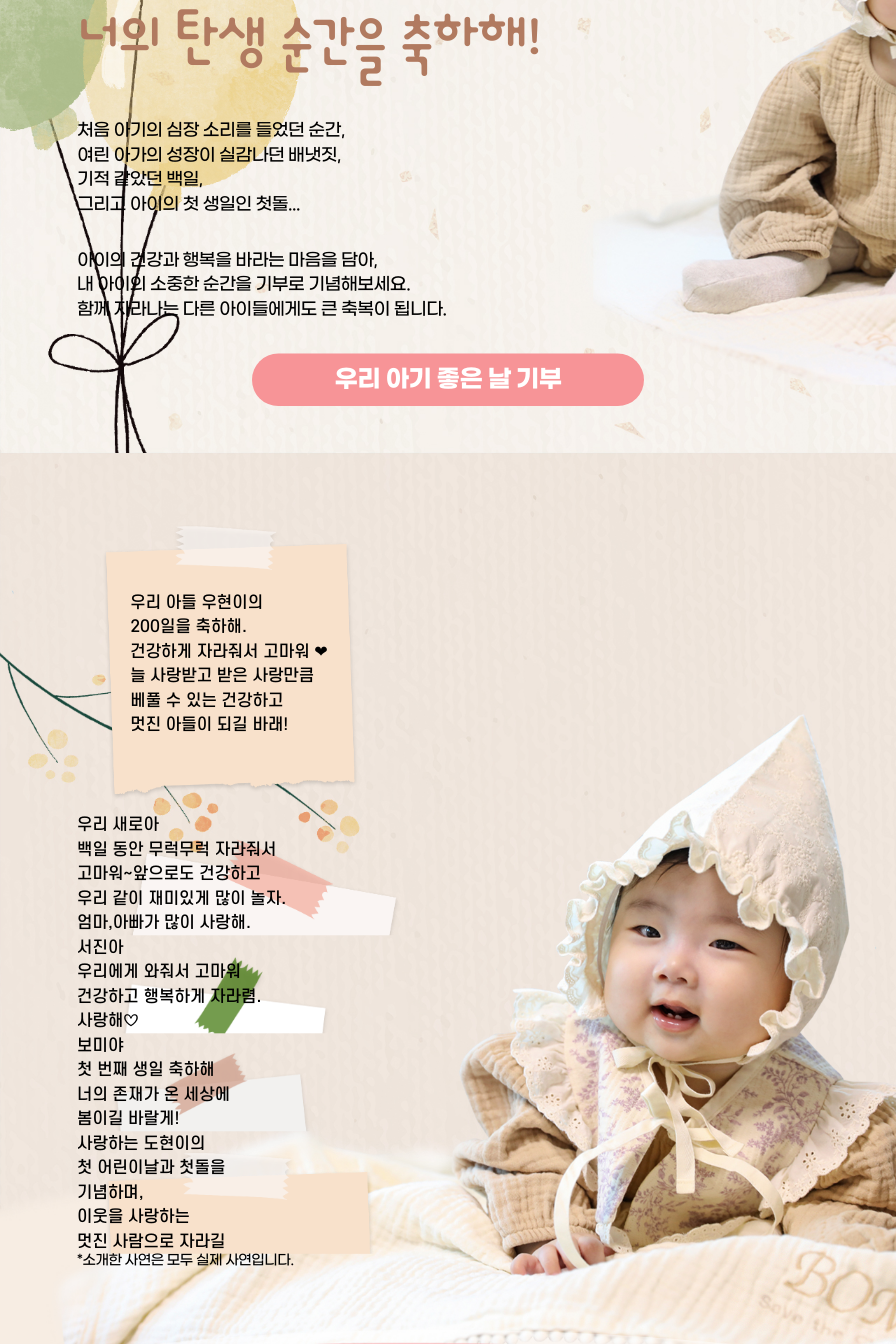
Repository: dlgywls1130/save_the_children
Page: index.html
These files come from the project's save history. The page is drawn as it stood at one moment and after the next save; the edit follows.
The browser window is 1280 px wide. The pictures show the part of the page from y = 433 to 2353 px (the page is 4840 px tall), at 70% of full size.

Above is the page before, as saved 2023-12-12 22:08:10.

After the next save:
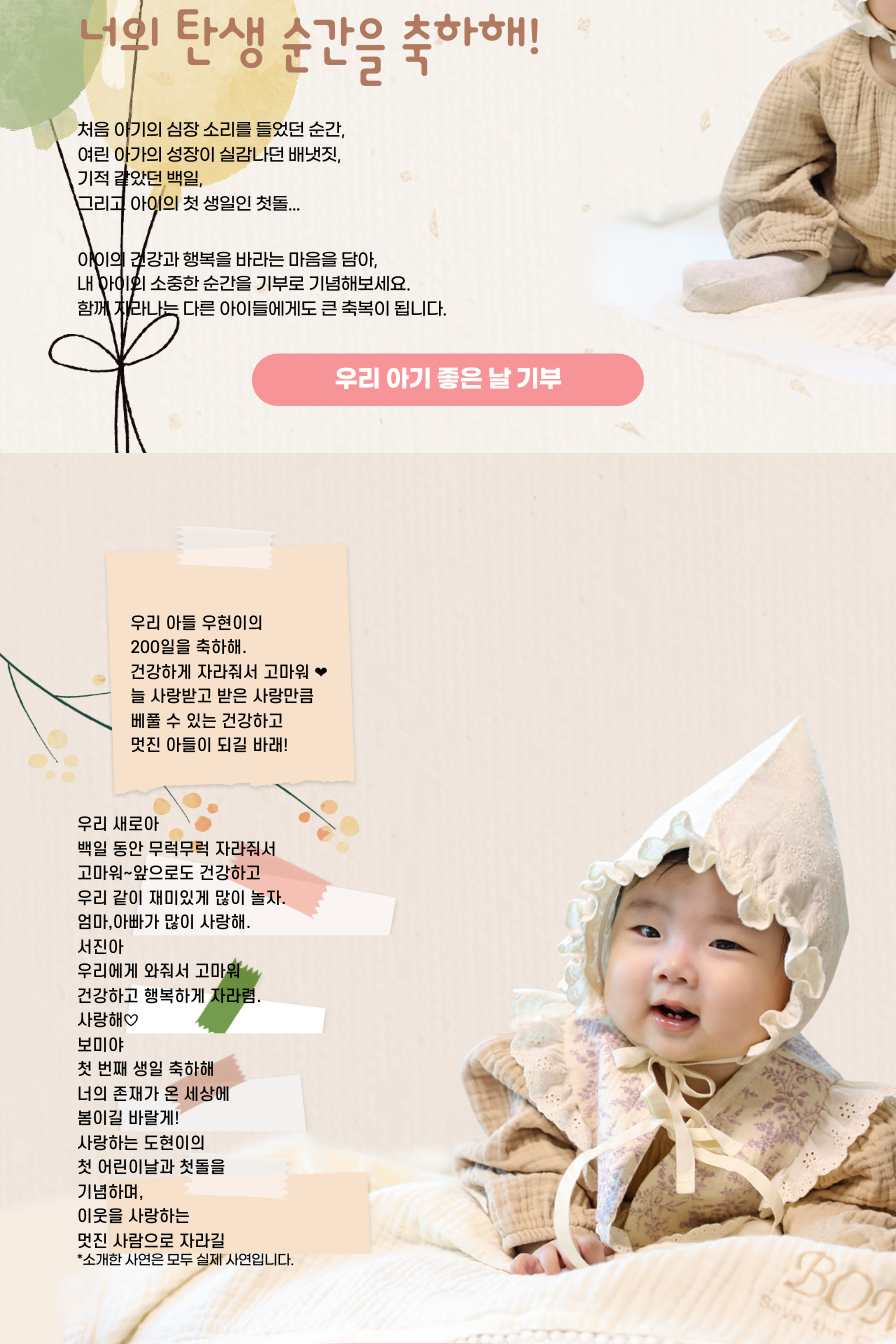
Saved 6 s later.
--- a/css/style.css
+++ b/css/style.css
@@ -231,7 +231,7 @@
     width: 438px;
     height: 438px;
     background-size: contain;
-    padding: 120px 76px 99px;
+    padding: 150px 76px 99px;
     box-sizing: border-box;
 }
 
